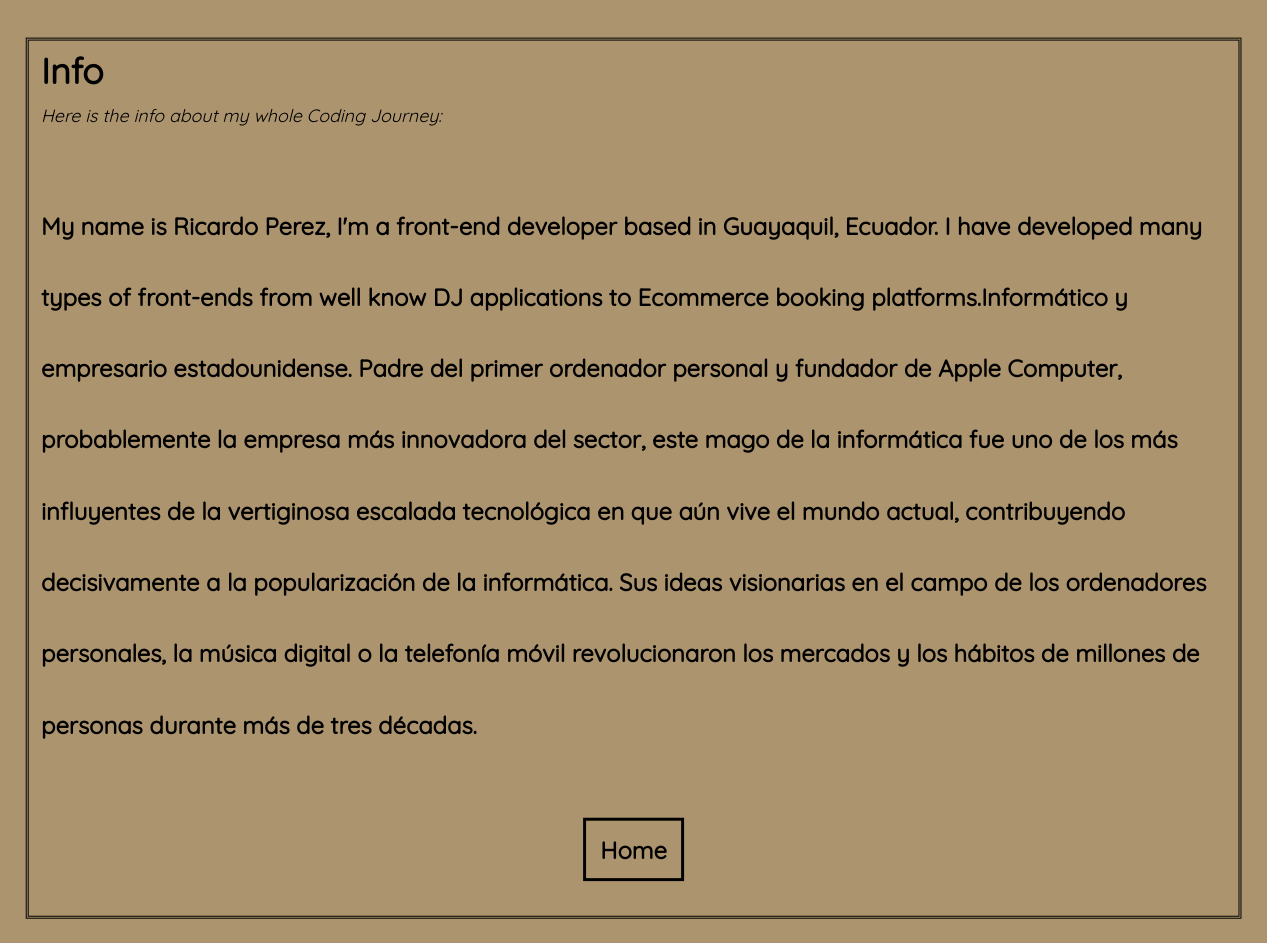
Repository: rickypcyt/ricky-react-portfolio
Page: /Info
These files come from the project's save history. The page is drawn as it stood at one moment and after a run of saves; the edit follows.
The browser window is 1280 px wide. The pictures show the whole page, at 99% of full size.
The project was rebuilt for these pictures with package versions that can differ from the ones it lists, and the page was loaded fresh each time. Also part of the build but not shown: src/Content.js, src/pages/Projects.js, src/pages/Contact.js, src/pages/WebMural.js, src/pages/NotesJS.js.

Above is the page before, as saved 2022-09-12 18:20:36.

After the next 2 saves:
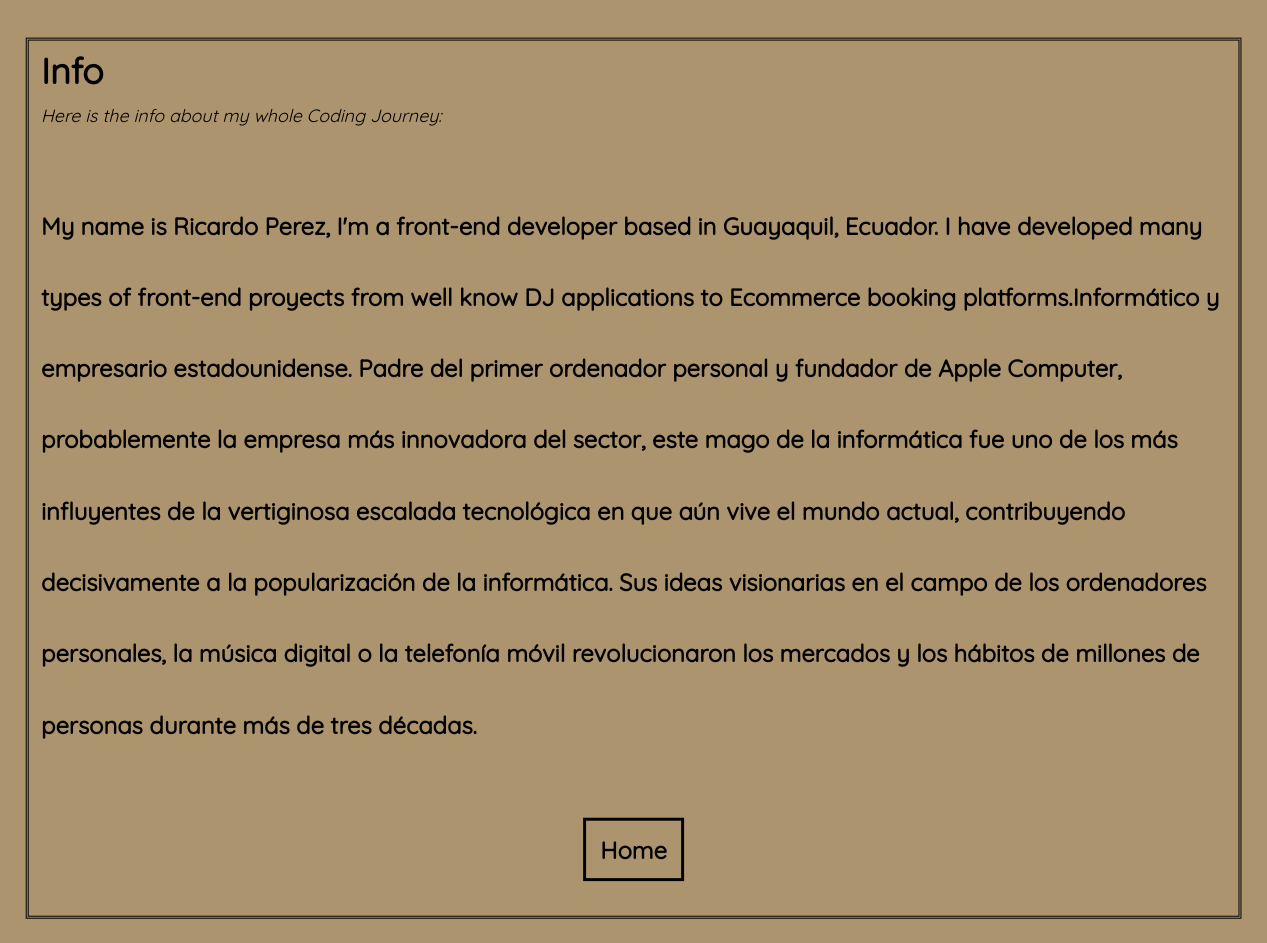
The 2 saves are shown as one change because they came seconds apart.
The last was saved 10 s later.
--- a/src/pages/Info.js
+++ b/src/pages/Info.js
@@ -14,7 +14,7 @@ export default function Info() {
             <div className="homeinfo">
               <p>
                 My name is Ricardo Perez, I'm a front-end developer based in
-                Guayaquil, Ecuador. I have developed many types of front-ends
+                Guayaquil, Ecuador. I have developed many types of front-end proyects
                 from well know DJ applications to Ecommerce booking
                 platforms.Informático y empresario estadounidense. Padre del
                 primer ordenador personal y fundador de Apple Computer,
